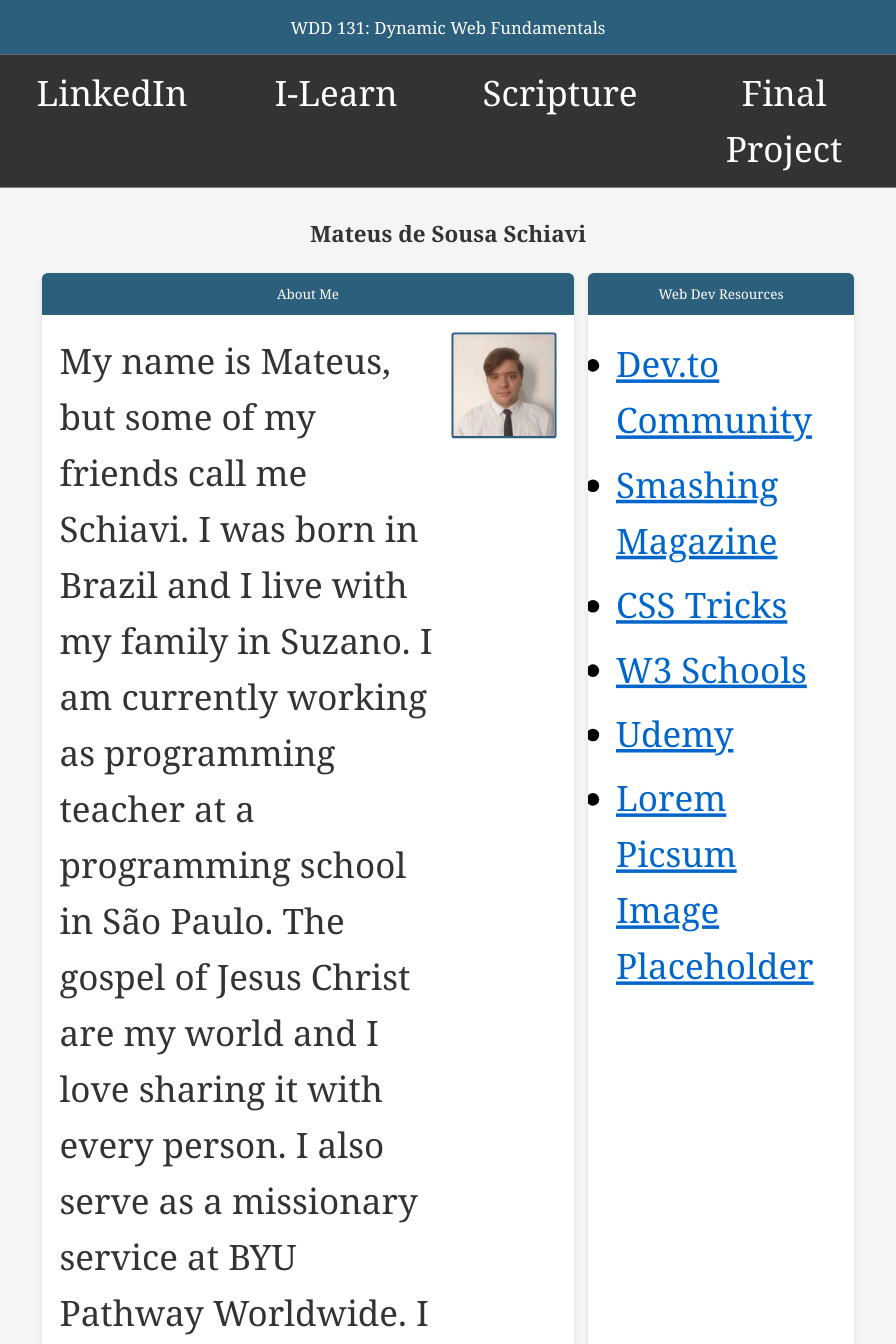
Repository: mateus-schiavi/wdd131
Page: index.html
These files come from the project's save history. The page is drawn as it stood at one moment and after the next save; the edit follows.
The browser window is 1280 px wide. The pictures show the part of the page from y = 0 to 1920 px (the page is 3986 px tall before and 1090 px after), at 70% of full size.
Some web fonts or font styles are not loaded; a fallback is used.

Above is the page before, as saved 2026-01-10 17:56:05.

### index.html
<!DOCTYPE html>
<html lang="en">

<head>
    <script src="./scripts/getdates.js" defer></script>
    <meta charset="UTF-8">
    <meta name="viewport" content="width=device-width, initial-scale=1.0">
    <meta name="author" content="Mateus de Sousa Schiavi">
    <meta name="description"
        content="Personal homepage for WDD 131 – Dynamic Web Fundamentals, featuring information about Mateus de Sousa Schiavi and useful web development resources.">
    <title>WDD 131 - Dynamic Web Fundamentals - Mateus de Sousa Schiavi</title>
    <link rel="stylesheet" href="./styles/base.css">
    <link rel="preconnect" href="https://fonts.googleapis.com">
    <link rel="preconnect" href="https://fonts.gstatic.com" crossorigin>
    <link href="https://fonts.googleapis.com/css2?family=Ancizar+Serif:ital,wght@0,300..900;1,300..900&display=swap"
        rel="stylesheet">
</head>

<body>
    <header>
        <h1 id="course-title">WDD 131: Dynamic Web Fundamentals</h1>
    </header>
    <nav>
        <a href="https://www.linkedin.com/in/mateus-de-sousa-schiavi/" target="_blank">LinkedIn</a>
        <a href="https://byupw.instructure.com/" target="_blank">I-Learn</a>
        <a href="https://www.churchofjesuschrist.org/study/scriptures/nt/matt/24?lang=eng&id=p14#p14"
            target="_blank">Scripture</a>
        <a href="#">Final Project</a>
    </nav>
    <main>
        <h2>Mateus de Sousa Schiavi</h2>
        <div class="content-wrapper">
            <section class="card about-card">
                <h3>About Me</h3>
                <div class="about-content">
                    <div class="text-content">
                        <p>
                            My name is Mateus, but some of my friends call me Schiavi. I was born in Brazil and I live
                            with my family in Suzano. I am currently working as programming teacher at a programming
                            school in São Paulo. The gospel of Jesus Christ are my world and I love sharing it with
                            every person. I also serve as a missionary service at BYU Pathway Worldwide. I love to serve
                            and learn new things everyday.
                        </p>
                    </div>
                    <img src="./images/profile.jpg" alt="Profile picture of Mateus de Sousa Schiavi">
                </div>
                <div class="country">
                    <h4>Suzano, Brazil</h4>
                    <div class="country-content">
                        <figure>
                            <img src="./images/brazilian_flag.jpg" alt="Official flag of Brazil">
                            <figcaption>Official Flag of Brazil</figcaption>
                        </figure>
                        <p>
                            Brazil is the largest country in South America and one of the largest in the world.
                            It is home to the Amazon Rainforest, which is essential to the global climate.
                            The country has a rich cultural heritage influenced by Indigenous, African, and
                            European traditions. Portuguese is the official language, and Brazil is widely
                            known for its music, festivals, and football culture.
                        </p>
                    </div>
                </div>
            </section>
            <section class="card resources-card">
                <h3>Web Dev Resources</h3>
                <ul>
                    <li><a href="https://dev.to/" target="_blank">Dev.to Community</a></li>
                    <li><a href="https://www.smashingmagazine.com/" target="_blank">Smashing Magazine</a></li>
                    <li><a href="https://css-tricks.com/" target="_blank">CSS Tricks</a></li>
                    <li><a href="https://www.w3schools.com/" target="_blank">W3 Schools</a></li>
                    <li><a href="https://www.udemy.com/" target="_blank">Udemy</a></li>
                    <li><a href="https://picsum.photos/" target="_blank">Lorem Picsum Image Placeholder</a></li>
                </ul>
            </section>
        </div>
    </main>
    <footer>
        <p>©<span id="currentYear"></span> 🌺 Mateus de Sousa Schiavi 🌺 Brazil</p>
        <p id="lastModified"></p>
    </footer>
</body>

</html>

### scripts/getdates.js
const currentYear = new Date().getFullYear();

document.getElementById("currentYear").textContent = `© ${currentYear} | Mateus de Sousa Schiavi | Brazil`;

const lastModifiedDate = document.lastModified;

document.getElementById("lastModified").textContent = `Last Modification: ${lastModifiedDate}`;

### styles/base.css
* {
  margin: 0;
  padding: 0;
  box-sizing: border-box;
}

body {
  font-family: 'Ancizar Serif', Georgia, serif;
  background-color: #f5f5f5;
  line-height: 1.6;
  font-size: 50px;
}

header {
  background-color: #2c5f7c;
  color: white;
  padding: 20px;
  text-align: center;
}

#course-title {
  font-size: 1.5rem;
  font-weight: normal;
  margin: 0;
}

/* Navigation */
nav {
  background-color: #333;
  display: flex;
  justify-content: space-around;
  flex-wrap: wrap;
}

nav a {
  color: white;
  text-decoration: none;
  padding: 15px 20px;
  display: block;
  transition: background-color 0.3s;
  flex: 1;
  text-align: center;
}

nav a:hover {
  background-color: #555;
}

/* Main Content */
main {
  max-width: 1200px;
  margin: 40px auto;
  padding: 0 20px;
}

main > h2 {
  text-align: center;
  font-size: 2rem;
  margin-bottom: 30px;
  color: #333;
}

.content-wrapper {
  display: grid;
  grid-template-columns: 2fr 1fr;
  gap: 20px;
}

/* Card Sections */
.card {
  background-color: white;
  border-radius: 8px;
  box-shadow: 0 2px 8px rgba(0, 0, 0, 0.1);
  overflow: hidden;
}

.card h3 {
  background-color: #2c5f7c;
  color: white;
  padding: 15px;
  text-align: center;
  font-size: 1.2rem;
  margin: 0;
  font-weight: normal;
}

/* About Me Card */
.about-card .about-content {
  padding: 25px;
  display: flex;
  gap: 20px;
  align-items: flex-start;
}

.text-content {
  flex: 1;
}

.text-content p {
  color: #333;
  text-align: left;
}

.about-content img {
  width: 150px;
  height: auto;
  border: 3px solid #2c5f7c;
  border-radius: 4px;
  flex-shrink: 0;
}

/* Country Section */
.country {
  padding: 25px;
  padding-top: 20px;
}

.country h4 {
  text-align: center;
  color: #2c5f7c;
  margin-bottom: 15px;
  font-size: 1.1rem;
}

.country-content {
  display: flex;
  gap: 20px;
  align-items: center;
  margin-top: 15px;
}

.country-content figure {
  text-align: center;
  margin: 0;
  flex-shrink: 0;
}

.country-content figure img {
  width: 130px;
  height: auto;
  border: 1px solid #ccc;
  display: block;
  margin-bottom: 8px;
}

.country-content figcaption {
  font-size: 0.85rem;
  font-style: italic;
  color: #666;
}

.country-content p {
  flex: 1;
  color: #333;
  text-align: left;
}

/* Web Dev Resources Card */
.resources-card {
  align-self: stretch;
  display: flex;
  flex-direction: column;
}

.resources-card ul {
  list-style: disc;
  padding: 30px 40px;
  margin: 0;
  flex-grow: 1;
}

.resources-card li {
  margin-bottom: 12px;
}

.resources-card li:last-child {
  margin-bottom: 0;
}

.resources-card a {
  color: #0066cc;
  text-decoration: underline;
  transition: color 0.2s;
}

.resources-card a:hover {
  color: #004499;
}

/* Footer */
footer {
  background-color: #2c5f7c;
  color: white;
  text-align: center;
  padding: 20px;
  margin-top: 40px;
}

footer p {
  margin: 5px 0;
}

#lastModified {
  font-size: 0.9rem;
  color: #ffd700;
}

/* Responsive Design */
@media (max-width: 900px) {
  .content-wrapper {
    grid-template-columns: 1fr;
  }
}

@media (max-width: 768px) {
  nav {
    flex-direction: column;
  }

  nav a {
    border-bottom: 1px solid #555;
  }

  nav a:last-child {
    border-bottom: none;
  }

  .about-content {
    flex-direction: column;
    align-items: center !important;
    text-align: center;
  }

  .text-content p {
    text-align: center !important;
  }

  .country-content {
    flex-direction: column;
    text-align: center;
  }

  .country-content p {
    text-align: center !important;
  }

  main > h2 {
    font-size: 1.5rem;
  }
}

After the next save:
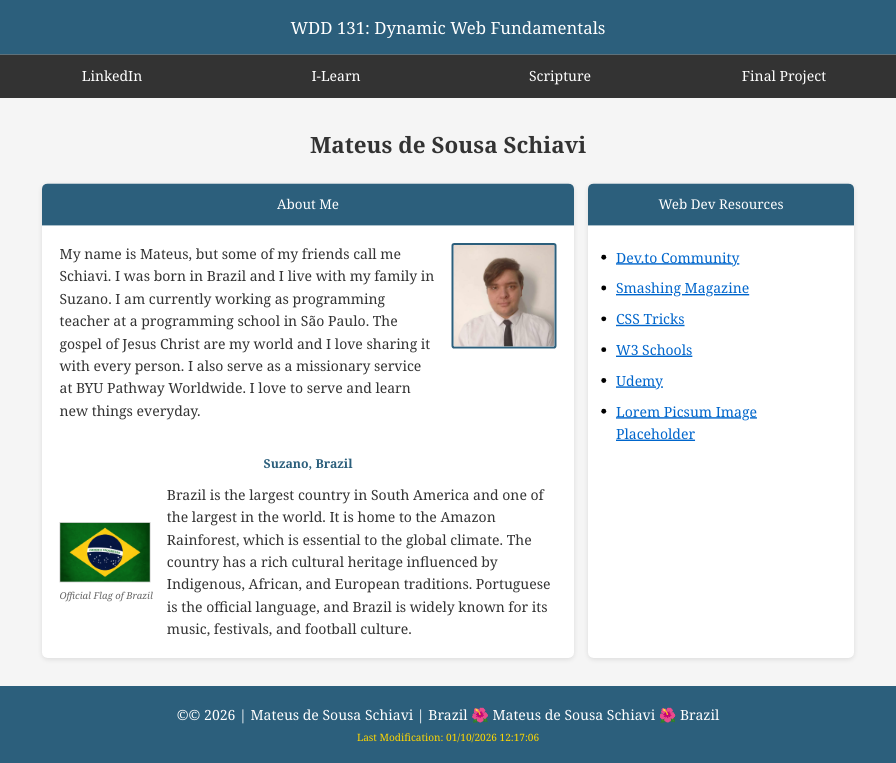
Saved 8 s later.
--- a/styles/base.css
+++ b/styles/base.css
@@ -8,7 +8,7 @@ body {
   font-family: 'Ancizar Serif', Georgia, serif;
   background-color: #f5f5f5;
   line-height: 1.6;
-  font-size: 50px;
+  font-size: 20px;
 }
 
 header {
